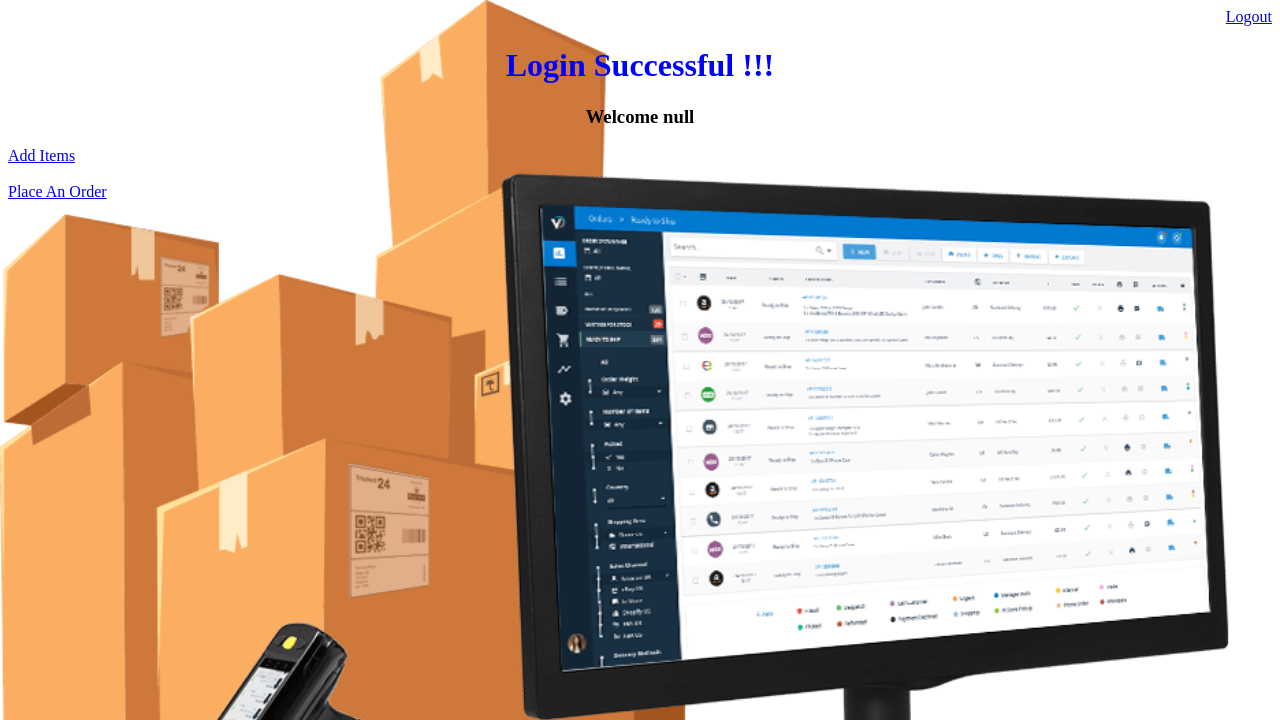
Repository: nirmaniPathiranage/CSSE-Procurement-Management
Page: http://localhost/Item_Management/Home.jsp
The author's editor kept a copy of each file at every save. The page is drawn from the files as they stood at one save, then again after the next save.
The browser window is 1280 px wide. The pictures show the whole page.
The page is served by Tomcat 9.

Above is the page before, as saved 2019-09-30 07:49:28.

After the next save:
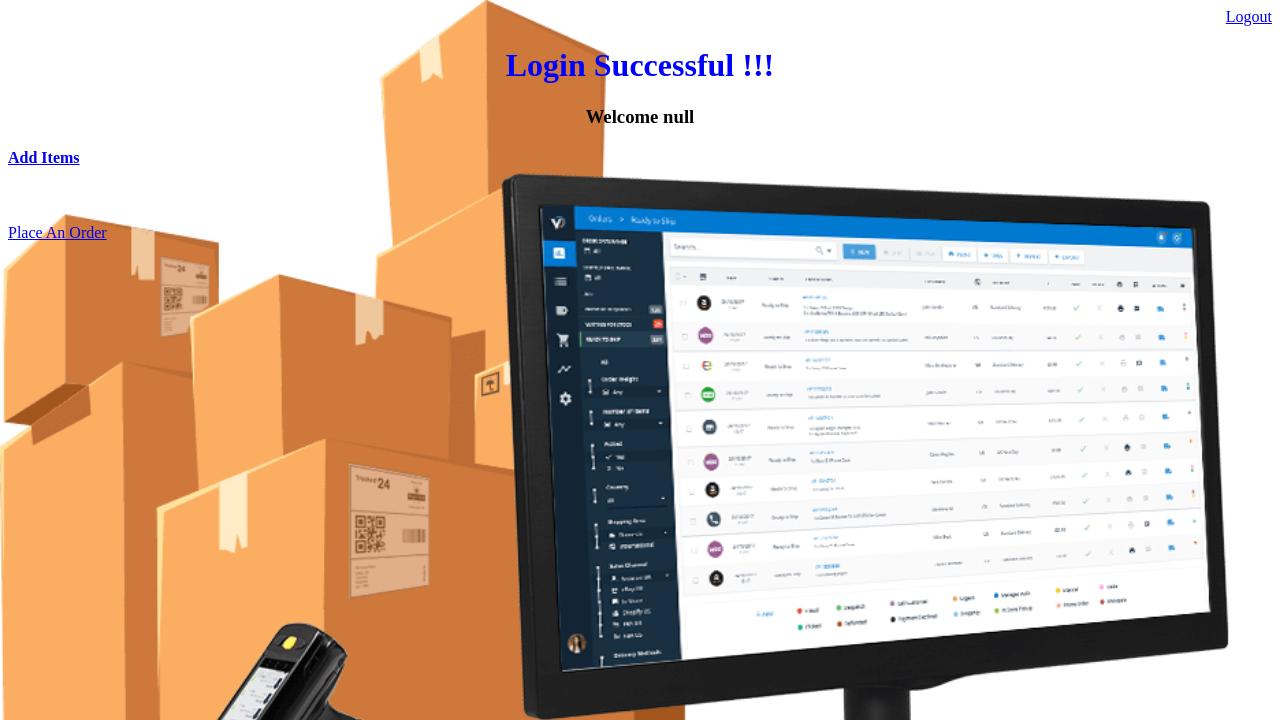
Saved 52 s later.
--- a/Item_Management/WebContent/Home.jsp
+++ b/Item_Management/WebContent/Home.jsp
@@ -28,7 +28,7 @@ body{
 			<%=session.getAttribute("userName")%>
 		</h3>
 		</center>
-<a href = "AddItem.jsp">Add Items</a><br><br>
+<a href = "AddItem.jsp"><h4>Add Items</h4></a><br><br>
 <a href = "PlaceOrder.jsp">Place An Order</a>
 <br><br><br><br><br><br>
 </body>
